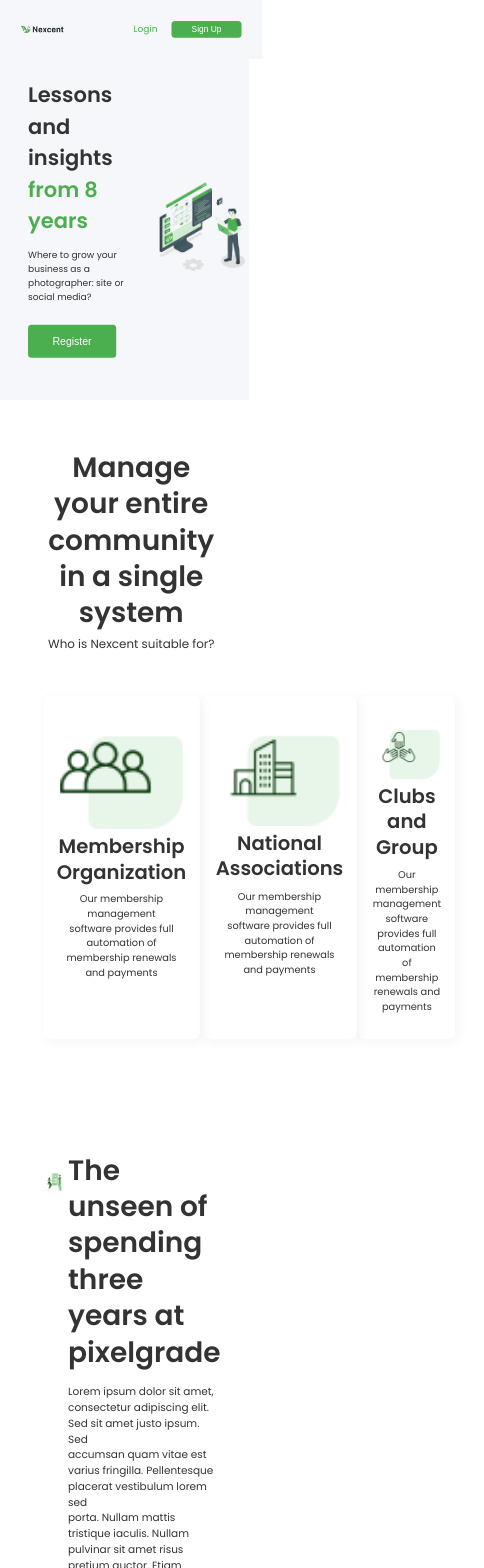
Repository: Eldream12/axia-second-project
Page: index.html
An editor plug-in stored every save of this project. The page is shown before and after the next save, followed by the edit.
The browser window is 375 px wide. The page is 691 px wide, so the pictures cover 691 px, including what lies to the right of the window. The pictures show the part of the page from y = 0 to 2240 px (the page is 6668 px tall before and 6285 px after), at 70% of full size.

Above is the page before, as saved 2025-03-18 13:28:34.

### index.html
<!DOCTYPE html>
<html lang="en">
	<head>
		<meta charset="UTF-8" />
		<meta name="viewport" content="width=device-width, initial-scale=1.0" />
		<title>Landing Page</title>
		<link rel="stylesheet" href="styles/style.css" />
	</head>
	<body>
		<!-- navBar -->
		<header>
			<div id="navbar">
				<div class="logo">
					<img src="images/Logo.png" alt="Logo" />
				</div>

				<div class="contact-home">
					<ul>
						<li><a href="">Home</a></li>
						<li><a href="">Service</a></li>
						<li><a href="">Feature</a></li>
						<li><a href="">Product</a></li>
						<li><a href="">Testimonial</a></li>
						<li><a href="">FAQ</a></li>
					</ul>
				</div>

				<div class="login">
					<a href="">Login</a>
					<button id="signup-btn">Sign Up</button>
				</div>
			</div>
		</header>

		<!-- hero-section -->
		<main>
			<div class="hero-section">
				<div class="all-text">
					<h1 class="text-1">Lessons and insights</h1>
					<h1 class="text-2">from 8 years</h1>
					<p>
						Where to grow your business as a photographer: site or social media?
					</p>
					<button>Register</button>
				</div>

				<div>
					<img src="images/Illustration.png" alt="heroimage" width="350px" />
				</div>
			</div>

			<!-- community -->
			<div id="community">
				<div class="com-header-text">
					<h2>Manage your entire community</h2>
					<h2>in a single system</h2>
					<p>Who is Nexcent suitable for?</p>
				</div>

				<div class="components">
					<div class="box">
						<div>
							<img src="images/Icon (3).png" alt="Icon" />
						</div>
						<div class="box-text">
							<h2>Membership</h2>
							<h2>Organization</h2>
							<p>
								Our membership management <br />
								software provides full automation of <br />
								membership renewals and payments
							</p>
						</div>
					</div>

					<div class="box">
						<div>
							<img src="images/Icon (1).png" alt="Icon" />
						</div>
						<div class="box-text">
							<h2>National</h2>
							<h2>Associations</h2>
							<p>
								Our membership management <br />
								software provides full automation of <br />
								membership renewals and payments
							</p>
						</div>
					</div>

					<div class="box">
						<div>
							<img src="images/Icon (2).png" alt="Icon" />
						</div>
						<div class="box-text">
							<h2>Clubs and</h2>
							<h2>Group</h2>
							<p>
								Our membership management <br />
								software provides full automation of <br />
								membership renewals and payments
							</p>
						</div>
					</div>
				</div>

				<div class="sub-component">
					<div>
						<img src="images/rafiki.png" alt="subject" />
					</div>

					<div class="txt">
						<h2>
							The unseen of spending three <br />
							years at pixelgrade
						</h2>
						<p>
							Lorem ipsum dolor sit amet, consectetur adipiscing elit. Sed sit
							amet justo ipsum. Sed <br />
							accumsan quam vitae est varius fringilla. Pellentesque placerat
							vestibulum lorem sed <br />
							porta. Nullam mattis tristique iaculis. Nullam pulvinar sit amet
							risus pretium auctor. Etiam <br />
							quis massa pulvinar, aliquam quam vitae, tempus sem. Donec
							elementum pulvinar odio.
						</p>
						<button>Learn More</button>
					</div>
				</div>
			</div>

			<!-- about -->
			<div class="about">
				<div class="about-header">
					<h2 class="t--1">Helping a local</h2>
					<h2 class="t--2">business reinvent itself</h2>
					<p>We reached here with our hard work and dedicaton</p>
				</div>

				<!-- abt-info -->
				<div class="abt-info">
					<div class="cnt-info--1">
						<div class="m-info">
							<div>
								<img src="images/Icon 1.png" alt="icon" />
							</div>
							<div class="txt">
								<h3>2,245,342</h3>
								<p>Members</p>
							</div>
						</div>
						<div class="m-info">
							<div>
								<img src="images/Icon 2.png" alt="icon" />
							</div>
							<div class="txt">
								<h3>828,867</h3>
								<p>Event Bookings</p>
							</div>
						</div>
					</div>

					<div class="ctn-info--2">
						<div class="m-info">
							<div>
								<img src="images/Icon 3.png" alt="icon" />
							</div>
							<div class="txt">
								<h3>46,328</h3>
								<p>Clubs</p>
							</div>
						</div>
						<div class="m-info">
							<div>
								<img src="images/Icon 4.png" alt="icon" />
							</div>
							<div class="txt">
								<h3>1,926,436</h3>
								<p>Payment</p>
							</div>
						</div>
					</div>
				</div>
			</div>

			<!-- How to -->
			<div class="how-to">
				<div>
					<img src="images/pana.png" alt="pana" />
				</div>
				<div class="how-txt">
					<h2>
						How to design your site footer like <br />
						we did
					</h2>
					<p>
						Donec a eros justo. Fusce egestas tristique ultrices. Nam tempor,
						augue nec tincidunt <br />
						molestie, massa nunc varius arcu, at scelerisque elit erat a magna.
						Donec quis erat at <br />
						libero ultrices mollis. In hac habitasse platea dictumst. Vivamus
						vehicula leo dui, at porta <br />
						nisi facilisis finibus. In euismod augue vitae nisi ultricies, non
						aliquet urna tincidunt. Integer <br />
						in nisi eget nulla commodo faucibus efficitur quis massa. Praesent
						felis est, finibus et nisi <br />
						ac, hendrerit venenatis libero. Donec consectetur faucibus ipsum id
						gravida.
					</p>
					<button class="howto-btn">Learn More</button>
				</div>
			</div>

			<!-- Tim smith -->
			<div class="tim-smith">
				<div>
					<img src="images/image 9.png" alt="tesla" />
				</div>
				<div class="tim-txt">
					<p>
						Maecenas dignissim justo eget nulla rutrum molestie. Maecenas
						lobortis sem dui, vel rutrum risus <br />
						tincidunt ullamcorper. Proin eu enim metus. Vivamus sed libero
						ornare, tristique quam in, gravida <br />
						enim. Nullam ut molestie arcu, at hendrerit elit. Morbi laoreet elit
						at ligula molestie, nec molestie <br />
						mi blandit. Suspendisse cursus tellus sed augue ultrices, quis
						tristique nulla sodales. Suspendisse <br />
						eget lorem eu turpis vestibulum pretium. Suspendisse potenti.
						Quisque malesuada enim sapien, <br />
						vitae placerat ante feugiat eget. Quisque vulputate odio neque, eget
						efficitur libero condimentum <br />id. Curabitur id nibh id sem
						dignissim finibus ac sit amet magna.
					</p>
					<h4>Tim Smith</h4>
					<p>British Dragon Boat Racing Association</p>
					<div class="tim-link">
						<div class="tim-icon">
							<img src="/images/Frame 10.png" alt="frame 10" />
						</div>
						<div class="meet">
							<a href=""
								><h4>
									Meet all customers <img src="images/Right.png" alt="" /></h4
							></a>
						</div>
					</div>
				</div>
			</div>

			<!-- caring -->
			<div class="caring">
				<div>
					<h2>Caring is the new marketing</h2>
					<p>
						The Nexcent blog is the best place to read about the latest
						membership insights, trends <br />
						and more. See who's joining the community, read about how our
						community <br />
						are increasing their membership income and lot's more.
					</p>
				</div>

				<div class="c-images">
					<div>
						<div>
							<img src="images/image 18.png" alt="" />
						</div>
						<div class="c-text">
							<p>
								Creating Streamlined <br />
								Safeguarding Processes with <br />
								OneRen
							</p>
							<div class="readmore">
								<a href=""
									>Read More <img class="c-right" src="images/Right.png" alt=""
								/></a>
							</div>
						</div>
					</div>

					<div>
						<div>
							<img src="images/image 19.png" alt="" />
						</div>
						<div class="c-text">
							<p>
								What are your safeguarding <br />
								responsibilities and how can <br />
								you manage them?
							</p>
							<div class="readmore">
								<a href=""
									>Read More <img class="c-right" src="images/Right.png" alt=""
								/></a>
							</div>
						</div>
					</div>

					<div>
						<div>
							<img src="images/image 20.png" alt="" />
						</div>
						<div class="c-text">
							<p>
								Revamping the Membership <br />
								Model with Triathlon <br />
								Australia
							</p>
							<div class="readmore">
								<a href="#"
									>Read More<img class="c-right" src="images/Right.png" alt=""
								/></a>
							</div>
						</div>
					</div>
				</div>
			</div>

			<div class="pellen">
				<h2>Pellentesque suscipit <br />fringilla libero eu.</h2>
				<div class="pellen-btn">
					<button>Get a demo</button>
					<!-- <img src="images/Right.png" alt="" /> -->
				</div>
			</div>
		</main>

		<!-- footer -->
		<footer>
			<div class="footer-end">
				<div class="foot-logo">
					<img src="images/Logo footer.png" alt="" />
					<p class="ftxt">Copyright © 2020 Nexcent ltd.</p>
					<p class="ftxt">All rights reserved</p>
					<div class="socials">
						<div><img src="images/Social Icons 1.png" alt="" /></div>
						<div><img src="images/Social Icons 2.png" alt="" /></div>
						<div><img src="images/Social Icons 3.png" alt="" /></div>
						<div><img src="images/Social Icons 4.png" alt="" /></div>
					</div>
				</div>

				<div>
					<h3>Company</h3>
					<div class="comps"><a href="">About Us</a></div>
					<div class="comps"><a href="">Blog</a></div>
					<div class="comps"><a href="">Contact us</a></div>
					<div class="comps"><a href="">Pricing</a></div>
					<div class="comps"><a href="">Testimonials</a></div>
				</div>

				<div>
					<h3>Support</h3>
					<div class="comps"><a href="">Help center</a> <br /></div>
					<div class="comps"><a href="">Terms of service</a> <br /></div>
					<div class="comps"><a href="">Legal</a> <br /></div>
					<div class="comps"><a href="">Privacy policy</a> <br /></div>
					<div class="comps"><a href="">Status</a> <br /></div>
				</div>

				<div>
					<h3 class="stay">Stay up to date</h3>
					<div class="e-mail">
						<input
							type="email"
							name="email"
							placeholder="Your email address"
							value=""
						/>
						<div class="snd">
							<img src="images/send.png" alt="" />
						</div>
					</div>
				</div>
			</div>
		</footer>
	</body>
</html>

### styles/style.css
@import url("https://fonts.googleapis.com/css2?family=Poppins:ital,wght@0,100;0,200;0,300;0,400;0,500;0,600;0,700;0,800;0,900;1,100;1,200;1,300;1,400;1,500;1,600;1,700;1,800;1,900&display=swap");

* {
	margin: 0;
	padding: 0;
	box-sizing: border-box;
}

html body {
	font-family: poppins, sans-serif;
}

/* NavBar */
header #navbar {
	display: flex;
	justify-content: space-around;
	padding: 30px;
	align-items: center;
	background-color: #f5f7fa;
}

ul {
	display: flex;
	list-style: none;
	gap: 40px;
}

li a {
	text-decoration: none;
	color: #000000;
}

.logo {
	display: flex;
	gap: 10px;
}

.logo img {
	height: auto;
	padding: 0;
}

.login {
	display: flex;
	align-items: center;
}

#signup-btn {
	padding: 10px 20px;
	margin-left: 20px;
	font-size: 16px;
	background-color: #4caf4f;
	color: #ffffff;
	border: none;
	border-radius: 5px;
}

.login a {
	text-decoration: none;
	color: #000000;
	color: #4caf4f;
}

/* hero */
.hero-section {
	display: flex;
	justify-content: space-around;
	background-color: #f5f7fa;
	align-items: center;
	padding-bottom: 60px;
}

.hero-section .text-1,
p {
	color: #333333;
}

.hero-section p {
	margin-top: 15px;
}

.hero-section .text-2 {
	color: #4caf4f;
}

.hero-section h1 {
	font-size: 60px;
	font-weight: 600;
}

.hero-section button {
	background-color: #4caf4f;
	color: #ffffff;
	border: none;
	border-radius: 5px;
	padding: 15px 35px;
	margin-top: 30px;
	font-size: 15px;
}

.hero-section,
img {
	padding-top: 30px;
}

.hero-section .all-text {
	margin-left: 40px;
}

/* community */
#community .com-header-text h2 {
	text-align: center;
	color: #333333;
	line-height: 1.3em;
}

#community .com-header-text p {
	text-align: center;
	color: #333333;
	font-size: 17px;
	padding-top: 5px;
}

#community .components {
	display: flex;
	justify-content: space-around;
	text-align: center;
}

#community {
	padding: 70px 60px;
}

#community .com-header-text h2 {
	font-size: 40px;
	font-weight: 600;
}

.components .box-text h2 {
	color: #333333;
	font-weight: 600;
	line-height: 1.3em;
	font-size: 28px;
}

.components .box-text p {
	color: #333333;
	font-size: 14px;
	padding-top: 10px;
}

.components .box {
	border: 1px solid #ebebeb63;
	border-radius: 10px;
	padding: 10px 20px 35px 20px;
	box-shadow: 5px 5px 15px #1b1b1b0a;
}

.components {
	padding: 60px 0 100px 0;
}

/* sub-component */
#community .sub-component {
	display: flex;
	justify-content: center;
	margin-top: 60px;
}

#community .sub-component p {
	color: #333333;
	padding-bottom: 20px;
	font-size: 15px;
	line-height: 1.5em;
}

#community .sub-component h2 {
	color: #333333;
	font-weight: 600;
	font-size: 40px;
	padding-bottom: 20px;
	line-height: 1.3em;
}

#community .sub-component .txt button {
	background-color: #4caf4f;
	color: #ffffff;
	border: none;
	padding: 15px 40px;
	border-radius: 5px;
	font-size: 18px;
}

#community .sub-component .txt {
	align-content: center;
}

/* about */
.about {
	display: flex;
	justify-content: space-around;
	background-color: #f5f7fa;
	align-items: center;
	padding: 60px;
}

.about .about-header .t--1 {
	color: #333333;
}

.about .about-header .t--2 {
	color: #4caf4f;
	padding-top: -10px;
}

.about .about-header h2 {
	font-weight: 600;
	font-size: 40px;
}

.about .about-header p {
	font-size: 15px;
}

.abt-info {
	display: flex;
}

.m-info {
	display: flex;
	align-items: center;
	padding: 15px 0 15px 0;
}

.abt-info .m-info img {
	margin-top: -35px;
}

.abt-info .m-info .txt {
	color: #333333;
	padding-left: 10px;
}

.abt-info .m-info h3 {
	font-weight: 600;
	font-size: 30px;
}

.abt-info {
	gap: 80px;
}

/* how-to */
.how-to {
	display: flex;
	justify-content: center;
	padding: 20px 0 20px 0;
}

.how-to p {
	color: #333333;
	font-size: 15px;
	margin: 30px 0 30px 0;
	line-height: 1.5em;
}

.how-to h2 {
	font-weight: 600;
	font-size: 40px;
	line-height: 1.3em;
	color: #333333;
}

.how-to {
	align-items: center;
}

.how-to .howto-btn {
	background-color: #4caf4f;
	color: #ffffff;
	border: none;
	padding: 15px 40px;
	border-radius: 5px;
	font-size: 18px;
}

/* tim-smith */
.tim-smith {
	display: flex;
	align-items: center;
	justify-content: center;
	background-color: #f5f7fa;
	margin-top: 20px;
	gap: 50px;
}

.tim-smith h4 {
	padding: 10px 0 10px 0;
	color: #4caf4f;
}

.tim-smith p {
	font-size: 15px;
	line-height: 1.5em;
}

.tim-txt .tim-link {
	display: flex;
}

.tim-link .meet {
	display: flex;
}

.tim-link .meet h4 img {
	padding-top: 0;
	position: relative;
	top: 7px;
}

.tim-txt a {
	text-decoration: none;
	color: #4caf4f;
	padding: 30px;
	margin-top: -5px;
}

/* caring */
.caring {
	text-align: center;
	color: #333333;
	margin-top: 50px;
}

.caring h2 {
	font-weight: 600;
	font-size: 40px;
}

.caring p {
	font-size: 15px;
	line-height: 1.5em;
}

.caring .c-images {
	display: flex;
	justify-content: center;
	gap: 40px;
}

.caring .c-text {
	width: 300px;
	background-color: #f5f7fa;
	border-radius: 10px;
	margin: auto;
	position: relative;
	bottom: 100px;
	padding: 40px 0 40px 0;
	box-shadow: #abbed118 10px 10px 15px;
}

.caring .c-text p {
	font-weight: 600;
	font-size: 18px;
	color: #5f5e5e;
}

.caring .c-text a {
	text-decoration: none;
	color: #4caf4f;
	font-weight: 700;
}

.caring .c-text .c-right {
	padding-top: 0;
	position: relative;
	top: 8px;
}

/* pellen */
.pellen {
	text-align: center;
	background-color: #f5f7fa;
	align-items: center;
	padding: 20px 0 20px 0;
}

.pellen h2 {
	font-weight: 600;
	font-size: 55px;
	color: #263238;
	line-height: 1.3em;
}

.pellen button {
	background-color: #4caf4f;
	color: #ffffff;
	border: none;
	padding: 10px 30px;
	border-radius: 5px;
	font-size: 14px;
	margin-top: 20px;
}

/* .pellen button img {
  padding: 0;
} */

/* footer */
.footer-end {
	background-color: #263238;
	display: flex;
	justify-content: center;
	gap: 150px;
	padding: 60px 0 60px 0;
}

.footer-end .foot-logo img {
	padding-top: 0;
	padding-bottom: 35px;
}

.footer-end .foot-logo .socials {
	gap: 15px;
	margin-top: 50px;
}

.footer-end .socials {
	display: flex;
}

.footer-end h3,
.ftxt {
	color: #ffffff;
	padding-bottom: 10px;
}

.footer-end h3 {
	font-weight: 600;
	font-size: 25px;
	margin-bottom: 20px;
}

.footer-end a {
	text-decoration: none;
	color: #ffffff;
}

.footer-end .comps {
	padding-bottom: 10px;
}

.footer-end input {
	height: 40px;
	width: 250px;
	background-color: #ffffff1e;
	color: #ffffff;
	padding: 0 10px 0 10px;
	border: none;
	border-radius: 5px;
	font-size: 14px;
}

.footer-end .snd img {
	padding-top: 0;
	position: relative;
	right: 30px;
	top: 10px;
}

.footer-end .e-mail {
	display: flex;
}

/* Media Query */
@media screen and (max-width: 480px) {
	/* header */
	header #navbar .contact-home {
		display: none;
	}

	header #navbar {
		justify-content: center;
		gap: 100px;
	}

	.logo img {
		width: 100%;
	}

	#signup-btn {
		font-size: 12px;
		width: 100px;
		padding: 5px 5px;
	}

	.login a {
		font-size: 13px;
	}

	/* hero */
	.hero-section {
		justify-content: space-around;
		gap: 40px;
	}

	.hero-section h1 {
		font-size: 30px;
	}

	.hero-section p {
		font-size: 13px;
	}

	.hero-section,
img {
	width: 95%;
}
}

After the next save:
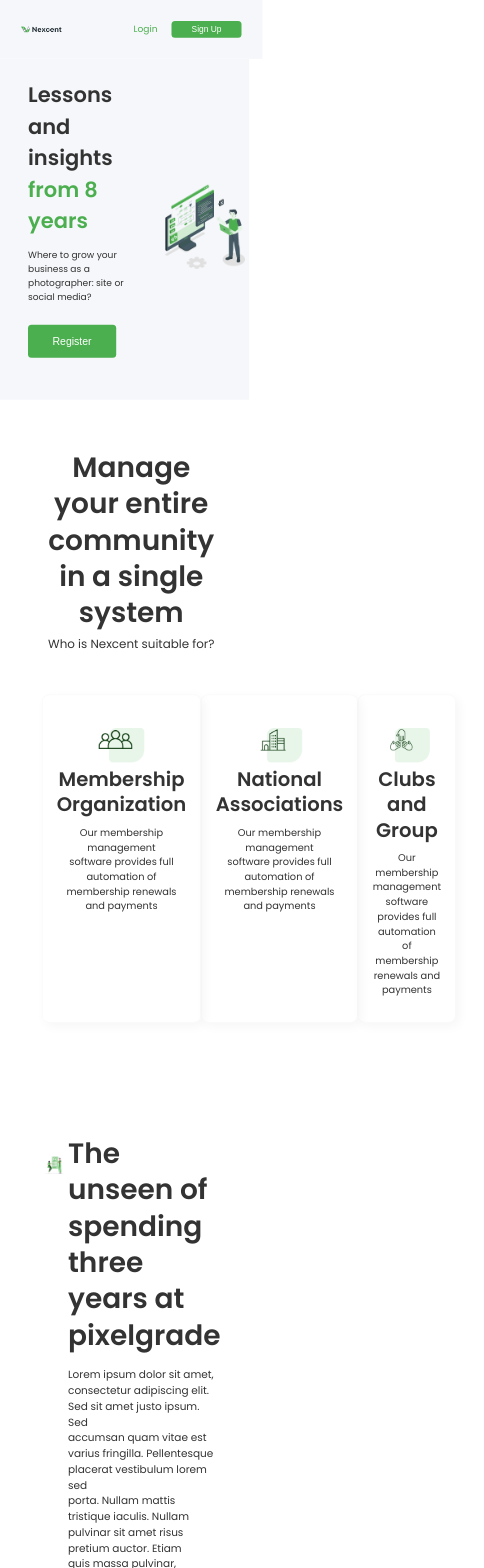
Saved 4 s later.
--- a/styles/style.css
+++ b/styles/style.css
@@ -514,6 +514,6 @@
 
 	.hero-section,
 img {
-	width: 95%;
-}
-}
+	max-width: 95%;
+}
+}
